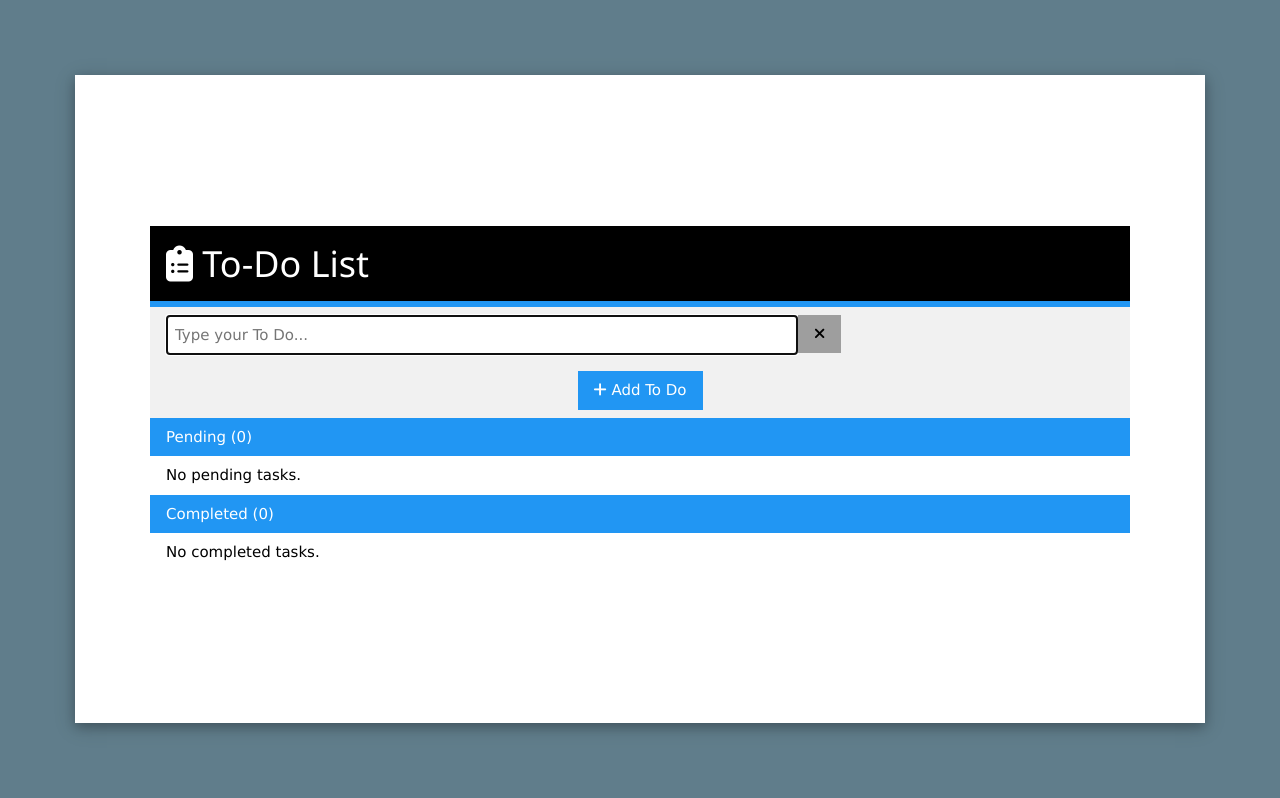
Repository: bclover/vue3-design-patterns-book
Page: /
An editor plug-in stored every save of this project. The page is shown before and after the next save, followed by the edit.
The browser window is 1280 px wide. The pictures show the whole page.
The project was rebuilt for these pictures with package versions that can differ from the ones it lists, and the page was loaded fresh each time. Also part of the build but not shown: vite.config.ts.

Above is the page before, as saved 2023-06-19 22:52:31.

After the next save:
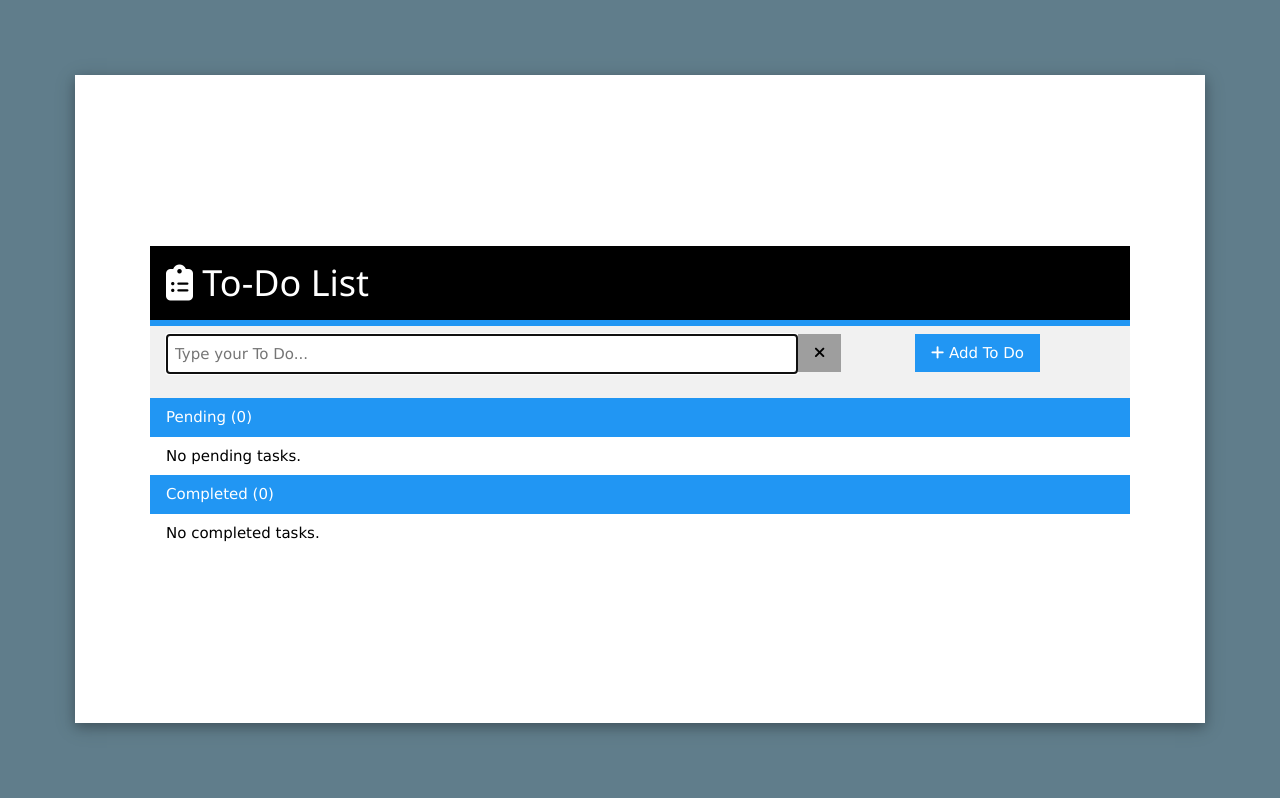
Saved 18 s later.
--- a/src/components/ToDos.vue
+++ b/src/components/ToDos.vue
@@ -56,14 +56,15 @@ function addToDo() {
       >
         <i class="fa-solid fa-times"></i>
       </button>
-    </div>
-
-    <div class="w3-container flex-container w3-light-gray w3-padding w3-center">
       <button class="w3-button w3-blue" @click="addToDo()">
         <i class="fa-solid fa-plus"></i>
         Add To Do
       </button>
     </div>
+
+    <div
+      class="w3-container flex-container w3-light-gray w3-padding w3-center"
+    ></div>
 
     <!-- Pending Todos Heading -->
     <div class="w3-padding w3-blue">Pending ({{ _pending.length }})</div>
